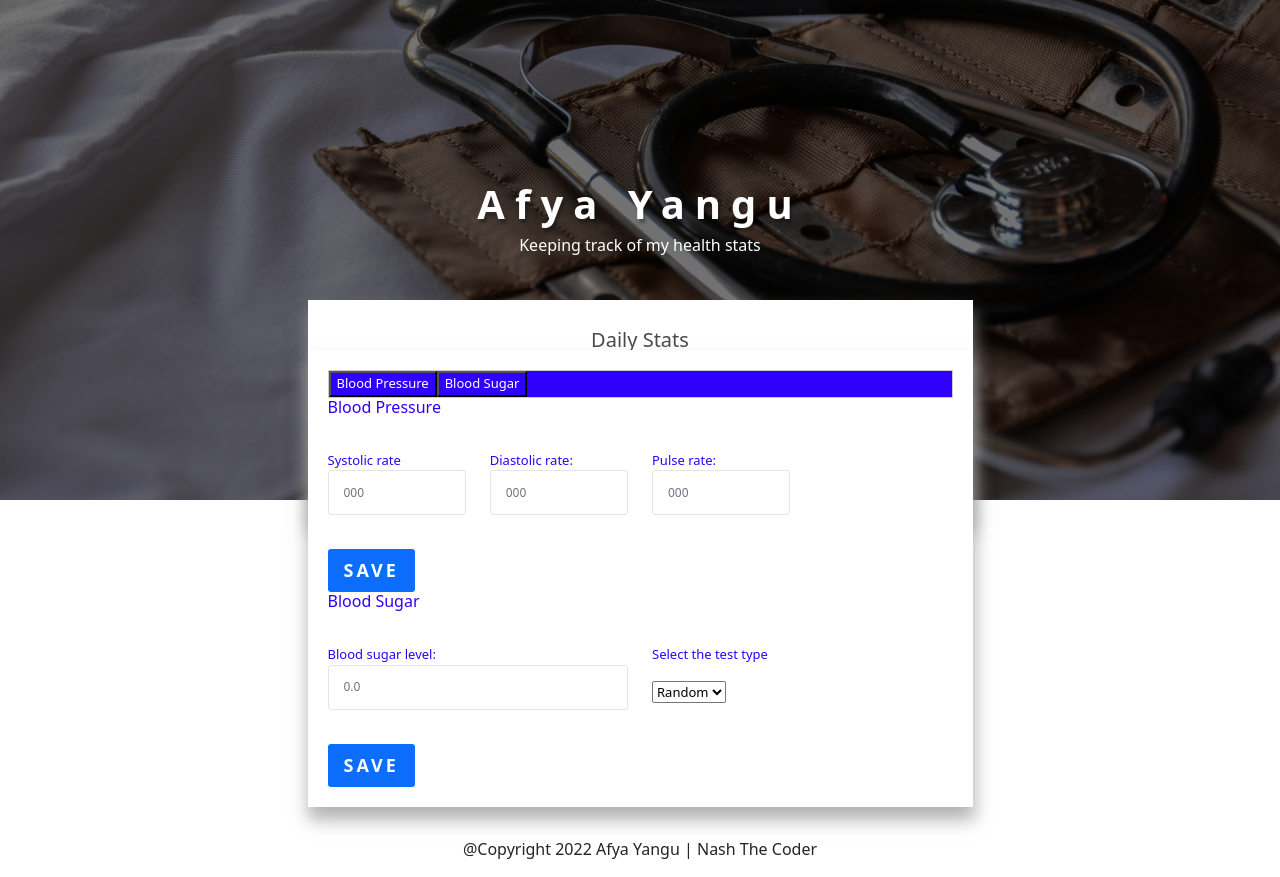
Repository: nashthecoder/afya_yangu
Page: / (app in client/)
These files come from the project's save history. The page is drawn as it stood at one moment and after the next save; the edit follows.
The browser window is 1280 px wide. The pictures show the whole page.
The project was rebuilt for these pictures with package versions that can differ from the ones it lists, and the page was loaded fresh each time.

Above is the page before, as saved 2022-03-17 09:36:20.

After the next save:
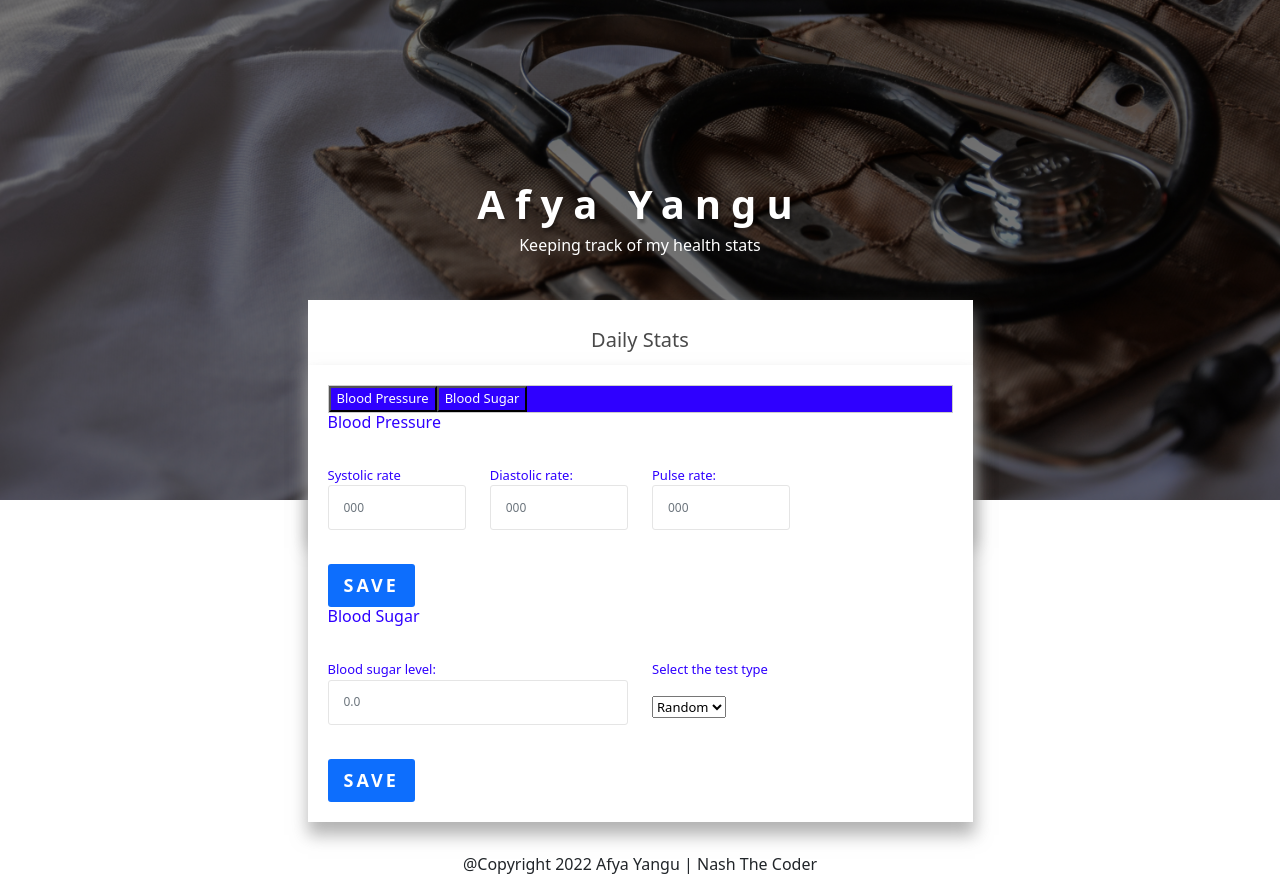
Saved 8 s later.
--- a/client/src/style.scss
+++ b/client/src/style.scss
@@ -12,7 +12,7 @@ p.main-form-text {
     font-size: 20px !important;
     font-weight: 500;
     color: #494949;
-    padding-bottom: 10px;
+    padding-bottom: 25px;
 }
 
 h3 {
